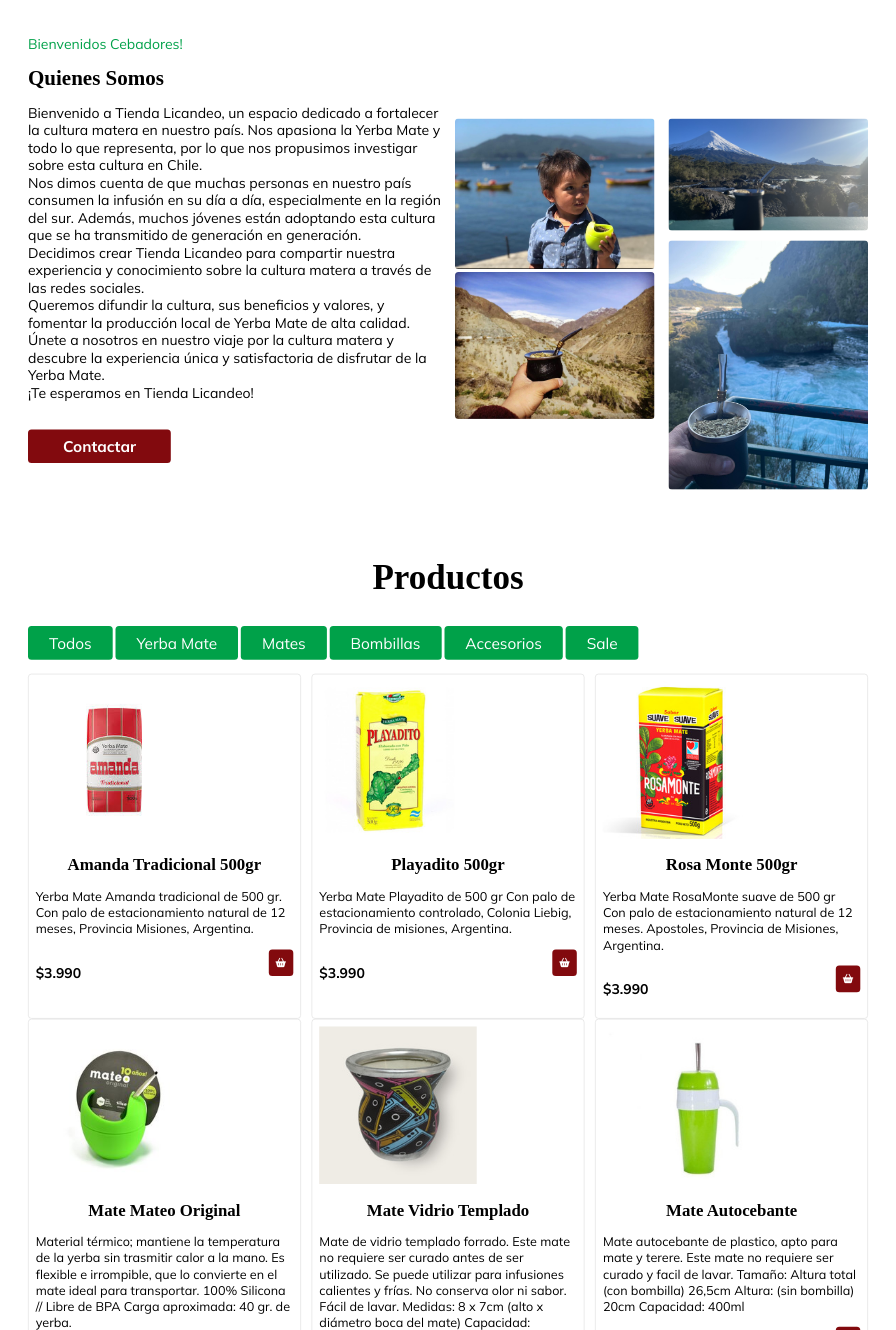
Repository: PiaTrujillo/LICANDEO-main
Page: index.html
The author's editor kept a copy of each file at every save. The page is drawn from the files as they stood at one save, then again after the next save.
The browser window is 1280 px wide. The pictures show the part of the page from y = 748 to 2648 px (the page is 3811 px tall before and 2935 px after), at 70% of full size.
A picture or video elsewhere on the page could not be fetched, so the positions and the page height are approximate. Some web fonts or font styles are not loaded; a fallback is used. Some web libraries are served in a nearby version.

Above is the page before, as saved 2023-05-12 18:32:20.

### index.html
<!DOCTYPE html>
<html lang="es">
  <head>
    <meta charset="utf-8" />
    <meta name="viewport" content="width=device-width, initial-scale=1.0" />
    <meta http-equiv="X-UA-Compatible" content="ie=edge" />
    <title>Tienda Licandeo</title>
    <script
      src="https://kit.fontawesome.com/283335a286.js"
      crossorigin="anonymous"
    ></script>
    <!--esta informacion es para el estilo de las letras estan en google font -->
    <link rel="preconnect" href="https://fonts.googleapis.com" />
    <link rel="preconnect" href="https://fonts.gstatic.com" crossorigin />
    <link
      href="https://fonts.googleapis.com/css2?family=Arima+Madurai:wght@700&family=Mulish:wght@400;700&display=swap"
      rel="stylesheet"
    />
    <link rel="stylesheet" href="css/normalize.css" />
    <link rel="stylesheet" href="css/estilos.css" />
  </head>

  <body>
    <!--Lo siguiente es el menu superior donde se establece el Logo y la navegacion-->
    <header class="encabezado">
      <div class="contenedor-navegacion">
        <!-- El Contenido-Navegacion es el padre de Logo y el menu de navegacion -->
        <div class="contenido-navegacion contenedor">
          <div class="logo">
            <!--colores a Licandeo-->
            <h2>
              Tienda <span class="">Li</span><span>can</span
              ><span class="">deo</span>
            </h2>
          </div>
          <nav class="navegacion ocultar">
            <a href="#">Inicio</a>
            <a href="#">Sobre Nosotros</a>
            <a href="#">Tienda</a>
            <a href="#">Ofertas</a>
            <a href="#">Tips Materos</a>
          </nav>
          <!--Se crea el menu desplegable-->
          <div class="hamburguesa"><span></span><span></span><span></span></div>
        </div>
      </div>
      <div class="contenido-header">
        <div class="contenedor-encabezado">
          <div class="texto-encabezado">
            <h2>Tienda Licandeo</h2>
            <a href="#" class="btn bordes">Un Mate</a>
          </div>
          <video autoplay loop muted>
            <source src="/videos/1portada.mp4" />
          </video>
        </div>
      </div>
    </header>

    <!--Diseño de la seccion web-->
    <div class="contenedor-nosotros contenedor">
      <div class="texto-nosotros">
        <p class="bienvenida">Bienvenidos Cebadores!</p>
        <h1>Quienes Somos</h1>
        <p>
          Bienvenido a Tienda Licandeo, un espacio dedicado a fortalecer la
          cultura matera en nuestro país. Nos apasiona la Yerba Mate y todo lo
          que representa, por lo que nos propusimos investigar sobre esta
          cultura en Chile. <br />
          Nos dimos cuenta de que muchas personas en nuestro país consumen la
          infusión en su día a día, especialmente en la región del sur. Además,
          muchos jóvenes están adoptando esta cultura que se ha transmitido de
          generación en generación. <br />
          Decidimos crear Tienda Licandeo para compartir nuestra experiencia y
          conocimiento sobre la cultura matera a través de las redes sociales.
          <br />
          Queremos difundir la cultura, sus beneficios y valores, y fomentar la
          producción local de Yerba Mate de alta calidad. <br />
          Únete a nosotros en nuestro viaje por la cultura matera y descubre la
          experiencia única y satisfactoria de disfrutar de la Yerba Mate.
          <br />
          ¡Te esperamos en Tienda Licandeo!
        </p>
        <a href="#" class="btn btn-rojo">Contactar</a>
      </div>
      <!-- Imagenes  -->
      <div class="imagenes-nosotros">
        <div class="imagen1">
          <img data-src="/imag/imagen1.JPG" alt="Mate frutillar" />
          <img data-src="/imag/imagen7.JPG" alt="Mate concepcion" />
        </div>
        <div class="imagenes2">
          <img data-src="/imag/imagen2.JPG" alt="Mate salto del petrohue" />
          <img data-src="/imag/imagen3.JPG" alt="Mate concepcion" />
        </div>
      </div>
    </div>

    <!-- Menu para los productos -->
    <section class="menu contenedor">
      <!-- Titulo -->
      <h2 class="texto-productos">Productos</h2>
      <!-- Botones de producto -->
      <div class="botones-productos">
        <button class="todos btn btn-verde">Todos</button>
        <button class="yerbamate btn btn-verde">Yerba Mate</button>
        <button class="mates btn btn-verde">Mates</button>
        <button class="bombilla btn btn-verde">Bombillas</button>
        <button class="accesorios btn btn-verde">Accesorios</button>
        <button class="sale btn btn-verde">Sale</button>
      </div>
      <!-- los productos a publicar -->
      <div class="productos">
        <!-- Yerba Mate  -->
        <div class="producto" data-producto="yerbamate">
          <!-- imagen -->
          <img data-src="/imag/Amanda500gr.jpg" alt="Amanda500gr" />
          <!-- nombre de producto -->
          <h2>Amanda Tradicional 500gr</h2>
          <!-- reseña de producto -->
          <p>
            Yerba Mate Amanda tradicional de 500 gr. Con palo de estacionamiento
            natural de 12 meses, Provincia Misiones, Argentina.
          </p>
          <!-- precio y carrito -->
          <div class="precio">
            <p>$3.990</p>
            <button><i class="fas fa-shopping-basket"></i></button>
          </div>
        </div>
        <div class="producto" data-producto="yerbamate">
          <!-- imagen -->
          <img data-src="/imag/Playadito500gr.jpg" alt="Playadito500gr" />
          <!-- nombre de producto -->
          <h2>Playadito 500gr</h2>
          <!-- reseña de producto -->
          <p>
            Yerba Mate Playadito de 500 gr Con palo de estacionamiento
            controlado, Colonia Liebig, Provincia de misiones, Argentina.
          </p>
          <!-- precio y carrito -->
          <div class="precio">
            <p>$3.990</p>
            <button><i class="fas fa-shopping-basket"></i></button>
          </div>
        </div>
        <div class="producto" data-producto="yerbamate">
          <!-- imagen -->
          <img data-src="/imag/RosaMonte500gr.jpg" alt="RosaMonte500gr" />
          <!-- nombre de producto -->
          <h2>Rosa Monte 500gr</h2>
          <!-- reseña de producto -->
          <p>
            Yerba Mate RosaMonte suave de 500 gr Con palo de estacionamiento
            natural de 12 meses. Apostoles, Provincia de Misiones, Argentina.
          </p>
          <!-- precio y carrito -->
          <div class="precio">
            <p>$3.990</p>
            <button><i class="fas fa-shopping-basket"></i></button>
          </div>
        </div>
        <!--           Mates                    -->
        <div class="producto" data-producto="mates">
          <!-- imagen -->
          <img data-src="/imag/matemateo.jpg" alt="matemateo" />
          <!-- nombre de producto -->
          <h2>Mate Mateo Original</h2>
          <!-- reseña de producto -->
          <p>
            Material térmico; mantiene la temperatura de la yerba sin trasmitir
            calor a la mano. Es flexible e irrompible, que lo convierte en el
            mate ideal para transportar. 100% Silicona // Libre de BPA Carga
            aproximada: 40 gr. de yerba.
          </p>
          <!-- precio y carrito -->
          <div class="precio">
            <p>$10.000</p>
            <button><i class="fas fa-shopping-basket"></i></button>
          </div>
        </div>
        <div class="producto" data-producto="mates">
          <!-- imagen -->
          <img
            data-src="/imag/matevidriotemplado.jpg"
            alt="matevidriotemplado"
          />
          <!-- nombre de producto -->
          <h2>Mate Vidrio Templado</h2>
          <!-- reseña de producto -->
          <p>
            Mate de vidrio templado forrado. Este mate no requiere ser curado
            antes de ser utilizado. Se puede utilizar para infusiones calientes
            y frías. No conserva olor ni sabor. Fácil de lavar. Medidas: 8 x 7cm
            (alto x diámetro boca del mate) Capacidad: 220/230ml
          </p>
          <!-- precio y carrito -->
          <div class="precio">
            <p>$7.000</p>
            <button><i class="fas fa-shopping-basket"></i></button>
          </div>
        </div>
        <div class="producto" data-producto="mates">
          <!-- imagen -->
          <img data-src="/imag/mateautocebante.jpg" alt="mateautocebante" />
          <!-- nombre de producto -->
          <h2>Mate Autocebante</h2>
          <!-- reseña de producto -->
          <p>
            Mate autocebante de plastico, apto para mate y terere. Este mate no
            requiere ser curado y facil de lavar. Tamaño: Altura total (con
            bombilla) 26,5cm Altura: (sin bombilla) 20cm Capacidad: 400ml
          </p>
          <!-- precio y carrito -->
          <div class="precio">
            <p>$10.000</p>
            <button><i class="fas fa-shopping-basket"></i></button>
          </div>
        </div>
        <!--             Bombillas              -->
        <div class="producto" data-producto="bombilla">
          <!-- imagen -->
          <img data-src="/imag/bombillaplana.jpg" alt="bombillaplana" />
          <!-- nombre de producto -->
          <h2>Bombilla Plana</h2>
          <!-- reseña de producto -->
          <p>
            Bombilla de acero inoxidable plana o chata. Medida: 16 cm Material:
            Acero inoxidable Filtro no intercambiable.
          </p>
          <!-- precio y carrito -->
          <div class="precio">
            <p>$6.000</p>
            <button><i class="fas fa-shopping-basket"></i></button>
          </div>
        </div>
        <div class="producto" data-producto="bombilla">
          <!-- imagen -->
          <img data-src="/imag/bombillacuchara.jpg" alt="bombillacuchara" />
          <!-- nombre de producto -->
          <h2>Bombilla Cuchara</h2>
          <!-- reseña de producto -->
          <p>
            Bombilla cuchara para filtrado. Medida: 15 cm Material: Acero
            inoxidable Filtro no intercambiable.
          </p>
          <!-- precio y carrito -->
          <div class="precio">
            <p>$6.000</p>
            <button><i class="fas fa-shopping-basket"></i></button>
          </div>
        </div>
        <div class="producto" data-producto="bombilla">
          <img data-src="/imag/bombillacolor.jpg" alt="bombillacolor" />
          <h2>Bombilla color</h2>
          <p>
            Bombilla para mate de colores, Medida: 19 cm Material: Acero
            inoxidable Filtro no intercambiable.
          </p>
          <div class="precio">
            <p>$5.000</p>
            <button><i class="fas fa-shopping-basket"></i></button>
          </div>
        </div>
        <div class="producto" data-producto="accesorios">
          <img data-src="/imag/tapamate.jpg" alt="tapamate" />
          <h2>Tapa Mate</h2>
          <p>
            Está diseñado para tapar el mate luego de utilizarlo y así evitar
            que la yerba se vuelque dentro de nuestro bolso, mochila o auto. Al
            estar hecho en silicona se ajusta a todos tus mates, es resistente y
            tiene una larga vida útil.
          </p>
          <div class="precio">
            <p>$3.990</p>
            <button><i class="fas fa-shopping-basket"></i></button>
          </div>
        </div>
        <div class="producto" data-producto="accesorios">
          <img data-src="/imag/taponcebador.jpg" alt="taponcebador" />
          <h2>Tapon cebador Stanley</h2>
          <p>
            Tapón cebador importante leer: Medidas: 4,5 cm de diámetro rosca
            tapón 5.3 cm diámetro externo boca termo 4,5 cm de altura rosca
            también sirve para termos explorer de 1 litro, flying eagle de 1
            litro y termos kushiro de 1 litro y 1,2 litros de capacidad
          </p>
          <div class="precio">
            <p>$10.000</p>
            <button><i class="fas fa-shopping-basket"></i></button>
          </div>
        </div>
        <div class="producto" data-producto="accesorios">
          <img data-src="/imag/taquito.jpg" alt="taquito" />
          <h2>Taquito para cebar mate</h2>
          <p>
            Es el accesorio ideal para preparar el mate perfecto, tiene la
            inclinación justa para dejar reposando la yerba y formar la famosa
            «montañita».
          </p>
          <div class="precio">
            <p>$3.500</p>
            <button><i class="fas fa-shopping-basket"></i></button>
          </div>
        </div>
      </div>
    </section>
    <!--Se enlaza Js con Css-->
    <script src="js/app.js"></script>
  </body>
</html>

### js/app.js
//para que el menu desaparezca//
const menu = document.querySelector('.hamburguesa');
const navegacion = document.querySelector('.navegacion');
const imagenes = document.querySelectorAll('img');
const btnTodos = document.querySelector('.todos');
const btnYerbaMates = document.querySelector('.yerbamate');
const btnMate = document.querySelector('.mates');
const btnBombillas = document.querySelector('.bombilla');
const btnAccesorios = document.querySelector('.accesorios');
const contenedorProductos = document.querySelector('.productos');


document.addEventListener('DOMContentLoaded', ()=>{
    eventos();
    productos();
});

const eventos = () =>{
    menu.addEventListener('click',abrirMenu);
}
//esta funcion realiza que al momento de dar click al menu de hamburguesa se habilite el menu//
const abrirMenu = () =>{
    navegacion.classList.remove('ocultar');
    botonCerrar();
}
//Esta funciones es para que el menu de navegacion se cierre/
const botonCerrar = () =>{
    //Metodo para colocar una X al menu de navegacion//
    const btnCerrar = document.createElement('p');
    const overlay = document.createElement('div');
    overlay.classList.add('pantalla-completa');
    const body = document.querySelector('body');
    if(document.querySelectorAll('.pantalla-completa').length > 0) return;
    body.appendChild(overlay);
    btnCerrar.textContent = 'x';
    btnCerrar.classList.add('btn-cerrar');

    // while(navegacion.children[5]){
    //     navegacion.removeChild(navegacion.children[5]);
    // }
    navegacion.appendChild(btnCerrar);
    cerrarMenu(btnCerrar, overlay);
}

const observer = new IntersectionObserver((entries, observer)=>{
    entries.forEach(entry=>{
        if(entry.isIntersecting){
            const imagen = entry.target;
            imagen.src = imagen.dataset.src;
            observer.unobserve(imagen);
        }
    });
});


// imagenes de la pagina//
imagenes.forEach(imagen=>{

    imagen.src = imagen.dataset.src;
    observer.unobserve(imagen);
});
//Funcion para cerrar el menu de navegacion//
const cerrarMenu = (boton, overlay) =>{
    boton.addEventListener('click',()=>{
         //Cerrar navegacion//
        navegacion.classList.add('ocultar');
        overlay.remove();
        boton.remove();
    });

    overlay.onclick = function(){
        overlay.remove();
        //Cerrar navegacion//
        navegacion.classList.add('ocultar');
        boton.remove();
    }
}
const productos = () =>{
    let productosArreglo = [];
    const productos = document.querySelectorAll('.producto');

    productos.forEach(producto=> productosArreglo = [...productosArreglo,producto]);

    const yerbamate = productosArreglo.filter(yerbamate=> yerbamate.getAttribute('data-producto') === 'yerbamate');
    const mates = productosArreglo.filter(mates => mates.getAttribute('data-producto') === 'mates');
    const bombilla = productosArreglo.filter(bombilla => bombilla.getAttribute('data-producto') === 'bombilla');
    const accesorios = productosArreglo.filter(accesorios=> accesorios.getAttribute('data-producto') === 'accesorios');

    mostrarProductos(yerbamate, mates, bombilla, accesorios, productosArreglo);

}

const mostrarProductos = (yerbamate, mates, bombilla, accesorios, todos) =>{
    btnYerbaMates.addEventListener('click', ()=>{
        limpiarHtml(contenedorProductos);
        yerbamate.forEach(yerbamate=> contenedorProductos.appendChild(yerbamate));
    });

    btnMate.addEventListener('click', ()=>{
        limpiarHtml(contenedorProductos);
        mates.forEach(mates=> contenedorProductos.appendChild(mates));
    });

    btnBombillas.addEventListener('click', ()=>{
        limpiarHtml(contenedorProductos);
        bombilla.forEach(bombilla=> contenedorProductos.appendChild(bombilla));
    });
    btnAccesorios.addEventListener('click', ()=>{
        limpiarHtml(contenedorProductos);
        accesorios.forEach(accesorios=> contenedorProductos.appendChild(accesorios));
    });
    btnTodos.addEventListener('click',()=>{
        limpiarHtml(contenedorProductos);
        todos.forEach(todos=> contenedorProductos.appendChild(todos));
    });
}

const limpiarHtml = (contenedor) =>{
    while(contenedor.firstChild){
        contenedor.removeChild(contenedor.firstChild);
    }
}

Loaded but not shown: TestDjango/core/templates/core/css/normalize.css (library); css/estilos.css (369 lines, source omitted)

After the next save:
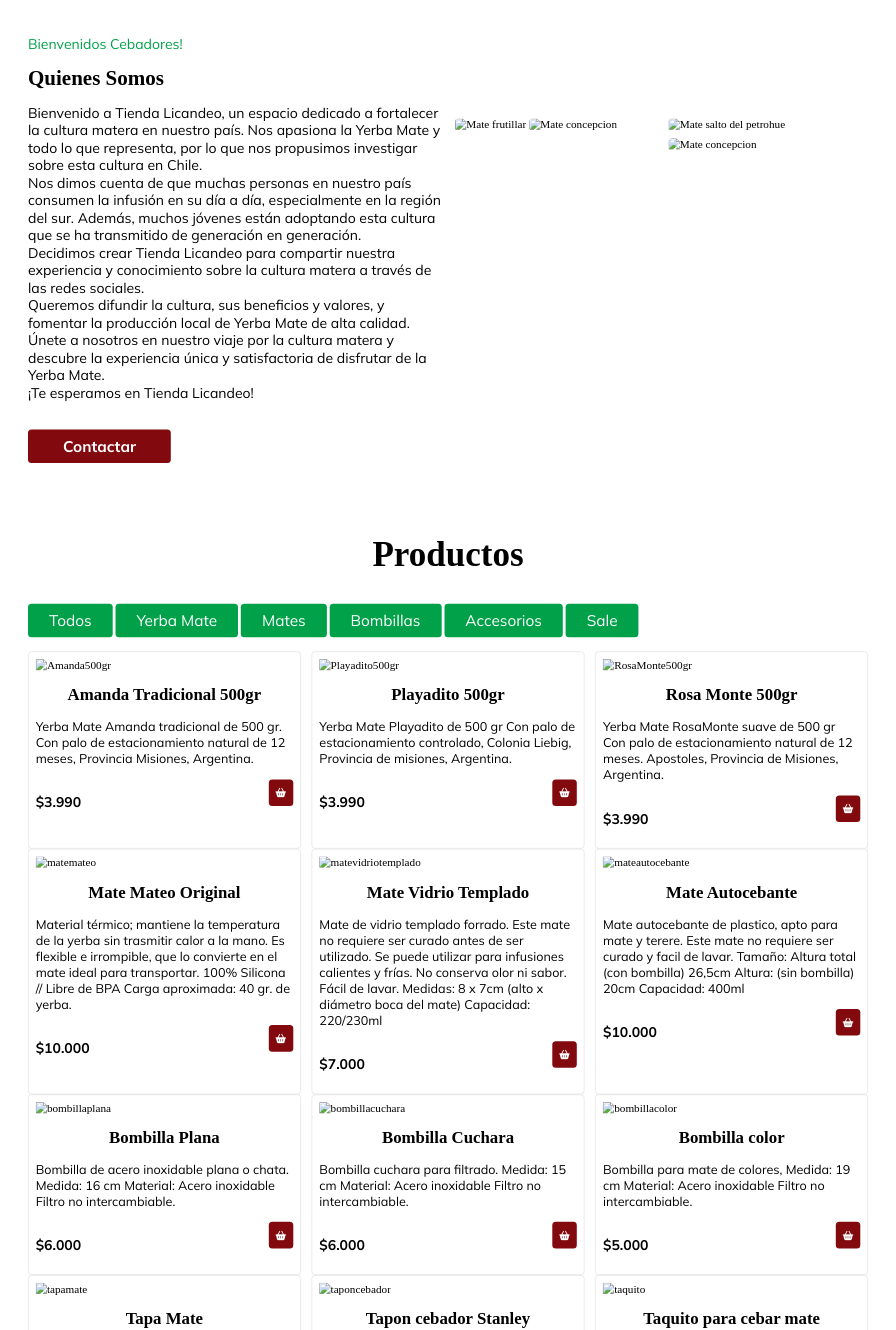
Saved 3 min 23 s later.
--- a/js/app.js
+++ b/js/app.js
@@ -56,7 +56,6 @@
 // imagenes de la pagina//
 imagenes.forEach(imagen=>{
 
-    imagen.src = imagen.dataset.src;
     observer.unobserve(imagen);
 });
 //Funcion para cerrar el menu de navegacion//

After the save that followed:
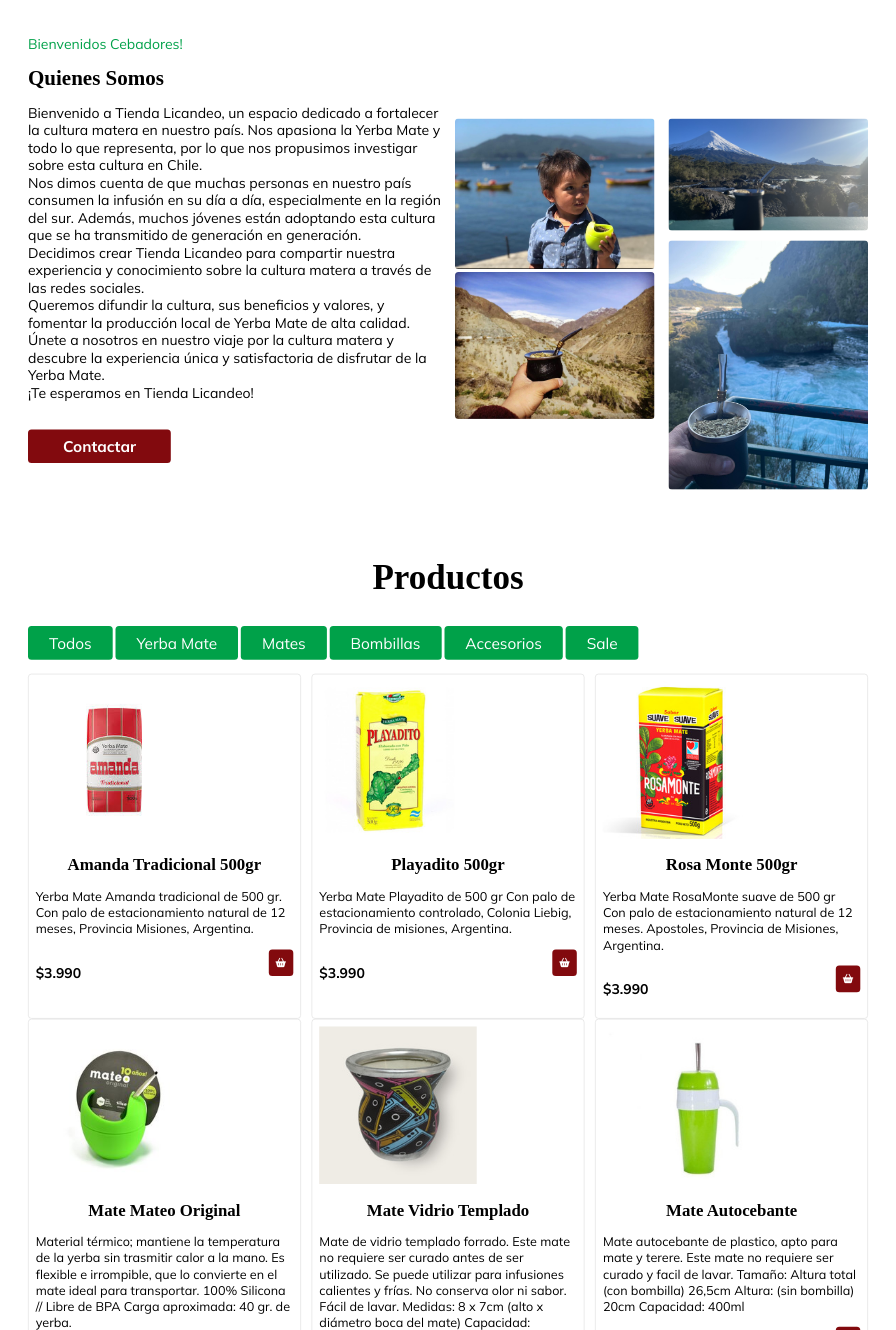
Saved 14 s later.
--- a/js/app.js
+++ b/js/app.js
@@ -56,6 +56,7 @@
 // imagenes de la pagina//
 imagenes.forEach(imagen=>{
 
+    imagen.src = imagen.dataset.src;
     observer.unobserve(imagen);
 });
 //Funcion para cerrar el menu de navegacion//
